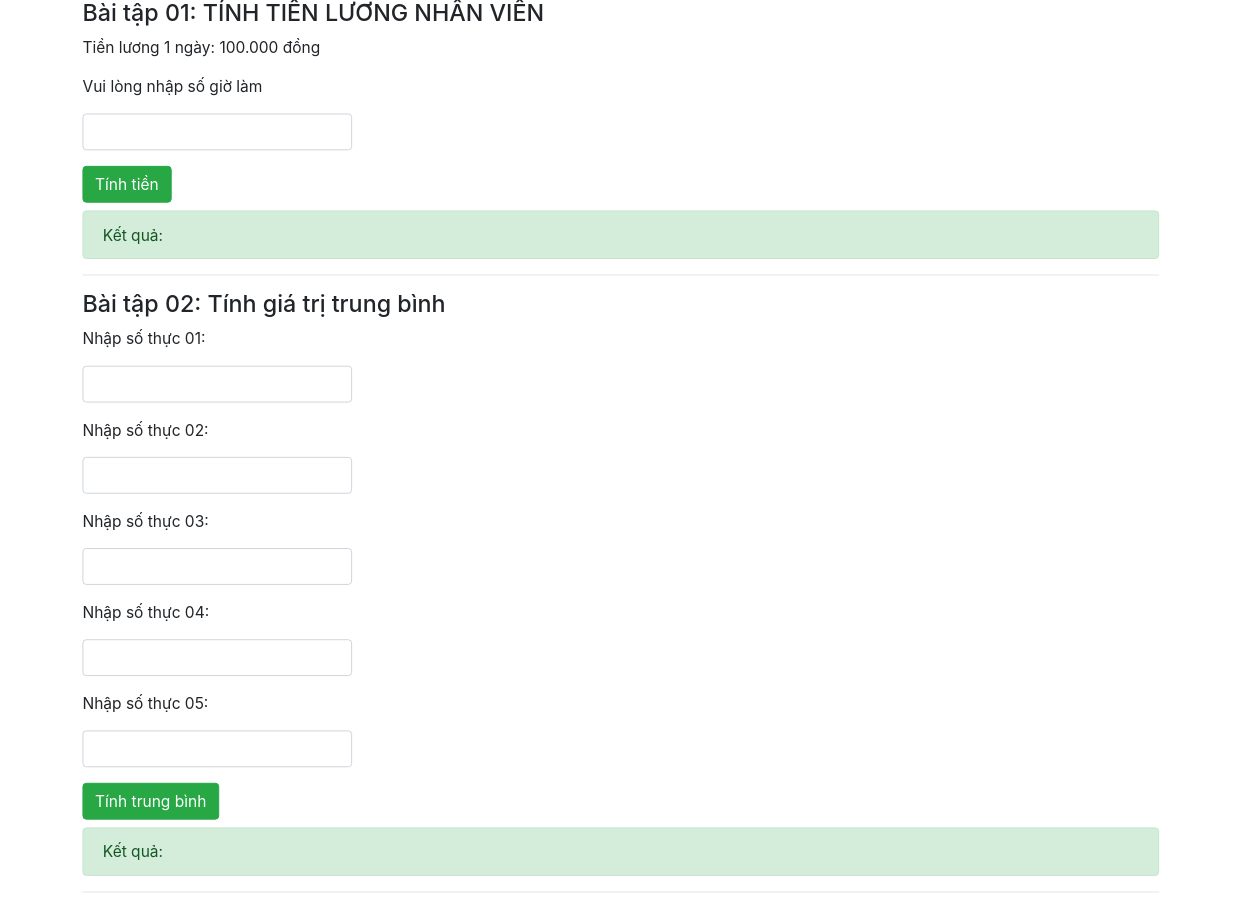
Repository: ducdatit2002/javascript-tinh-day13
Page: index.html
The author's editor kept a copy of each file at every save. The page is drawn from the files as they stood at one save, then again after a run of saves.
The browser window is 1280 px wide. The pictures show the whole page, at 97% of full size.

Above is the page before, as saved 2023-08-14 00:22:09.

### index.html
<!DOCTYPE html>
<html lang="en">
  <head>
    <title>Bài tập JS Buổi 13</title>
    <!-- Required meta tags -->
    <meta charset="utf-8" />
    <meta
      name="viewport"
      content="width=device-width, initial-scale=1, shrink-to-fit=no"
    />

    <!-- Bootstrap CSS -->
    <link
      rel="stylesheet"
      href="https://stackpath.bootstrapcdn.com/bootstrap/4.3.1/css/bootstrap.min.css"
      integrity="sha384-ggOyR0iXCbMQv3Xipma34MD+dH/1fQ784/j6cY/iJTQUOhcWr7x9JvoRxT2MZw1T"
      crossorigin="anonymous"
    />
  </head>
  <body>
    <div class="container">
      <!-- Bài 1: TÍNH TIỀN LƯƠNG NHÂN VIÊN -->
      <div class="form-group">
        <h4>Bài tập 01: TÍNH TIỀN LƯƠNG NHÂN VIÊN</h4>
        <div class="form-group">
          <p>Tiền lương 1 ngày: 100.000 đồng</p>
        </div>
        <div class="form-group">
          <p>Vui lòng nhập số giờ làm</p>
          <input id="soGioLam" class="form-control w-25" />
        </div>
        <button
          onclick="tinhTongLuong()"
          id="btnTinhTien"
          class="btn btn-success"
        >
          Tính tiền
        </button>
        <div class="mt-2 alert alert-success">
          Kết quả: <span id="tongLuong"></span>
        </div>
      </div>
      <hr />
      <!-- Bài 2: TÍNH GIÁ TRỊ TRUNG BÌNH -->
      <div class="form-group">
        <h4>Bài tập 02: Tính giá trị trung bình</h4>
        <div class="form-group">
          <p>Nhập số thực 01:</p>
          <input id="sothuc01" class="form-control w-25" />
        </div>
        <div class="form-group">
          <p>Nhập số thực 02:</p>
          <input id="sothuc02" class="form-control w-25" />
        </div>
        <div class="form-group">
          <p>Nhập số thực 03:</p>
          <input id="sothuc03" class="form-control w-25" />
        </div>
        <div class="form-group">
          <p>Nhập số thực 04:</p>
          <input id="sothuc04" class="form-control w-25" />
        </div>
        <div class="form-group">
          <p>Nhập số thực 05:</p>
          <input id="sothuc05" class="form-control w-25" />
        </div>
        <button
          onclick="tinhTrungBinh()"
          id="btnTrungBinh"
          class="btn btn-success"
        >
          Tính trung bình
        </button>
        <div class="mt-2 alert alert-success">
          Kết quả: <span id="trungBinh"></span>
        </div>
      </div>
      <hr>
      <!-- Bài 3: QUY ĐỔI TIỀN -->
      <div class="form-group">
        <h4></h4>
        <div class="form-group">

        </div>
      </div>
    </div>

    <!-- Optional JavaScript -->
    <!-- jQuery first, then Popper.js, then Bootstrap JS -->
    <script
      src="https://code.jquery.com/jquery-3.3.1.slim.min.js"
      integrity="sha384-q8i/X+965DzO0rT7abK41JStQIAqVgRVzpbzo5smXKp4YfRvH+8abtTE1Pi6jizo"
      crossorigin="anonymous"
    ></script>
    <script
      src="https://cdnjs.cloudflare.com/ajax/libs/popper.js/1.14.7/umd/popper.min.js"
      integrity="sha384-UO2eT0CpHqdSJQ6hJty5KVphtPhzWj9WO1clHTMGa3JDZwrnQq4sF86dIHNDz0W1"
      crossorigin="anonymous"
    ></script>
    <script
      src="https://stackpath.bootstrapcdn.com/bootstrap/4.3.1/js/bootstrap.min.js"
      integrity="sha384-JjSmVgyd0p3pXB1rRibZUAYoIIy6OrQ6VrjIEaFf/nJGzIxFDsf4x0xIM+B07jRM"
      crossorigin="anonymous"
    ></script>
    <script src="./index.js"></script>
  </body>
</html>

### index.js
// BÀI 1: TÍNH TIỀN LƯƠNG NHÂN VIÊN
function tinhTongLuong() {
  //input: tienluong1h, so gio lam:number
  var tienLuong = 100000;
  var soGioLam = document.getElementById("soGioLam").value;
  //Kiểm tra input
  // console.log(tienLuong);
  // console.log(soGioLam);

  let tongLuong = 0;

  //progress
  tongLuong = tienLuong * soGioLam;

  document.getElementById("tongLuong").innerHTML = tongLuong.toLocaleString();
}

// BÀI 2: TÍNH TRUNG BÌNH 5 SỐ THỰC
function tinhTrungBinh() {
  // Lấy giá trị của 5 số từ các phần tử input
  var sothuc01 = parseFloat(document.getElementById("sothuc01").value);
  var sothuc02 = parseFloat(document.getElementById("sothuc02").value);
  var sothuc03 = parseFloat(document.getElementById("sothuc03").value);
  var sothuc04 = parseFloat(document.getElementById("sothuc04").value);
  var sothuc05 = parseFloat(document.getElementById("sothuc05").value);

  // Tính giá trị trung bình
  var trungBinh = (sothuc01 + sothuc02 + sothuc03 + sothuc04 + sothuc05) / 5;

  // Hiển thị kết quả trung bình
  document.getElementById("trungBinh").innerHTML = trungBinh.toLocaleString();
}

After the next 2 saves:
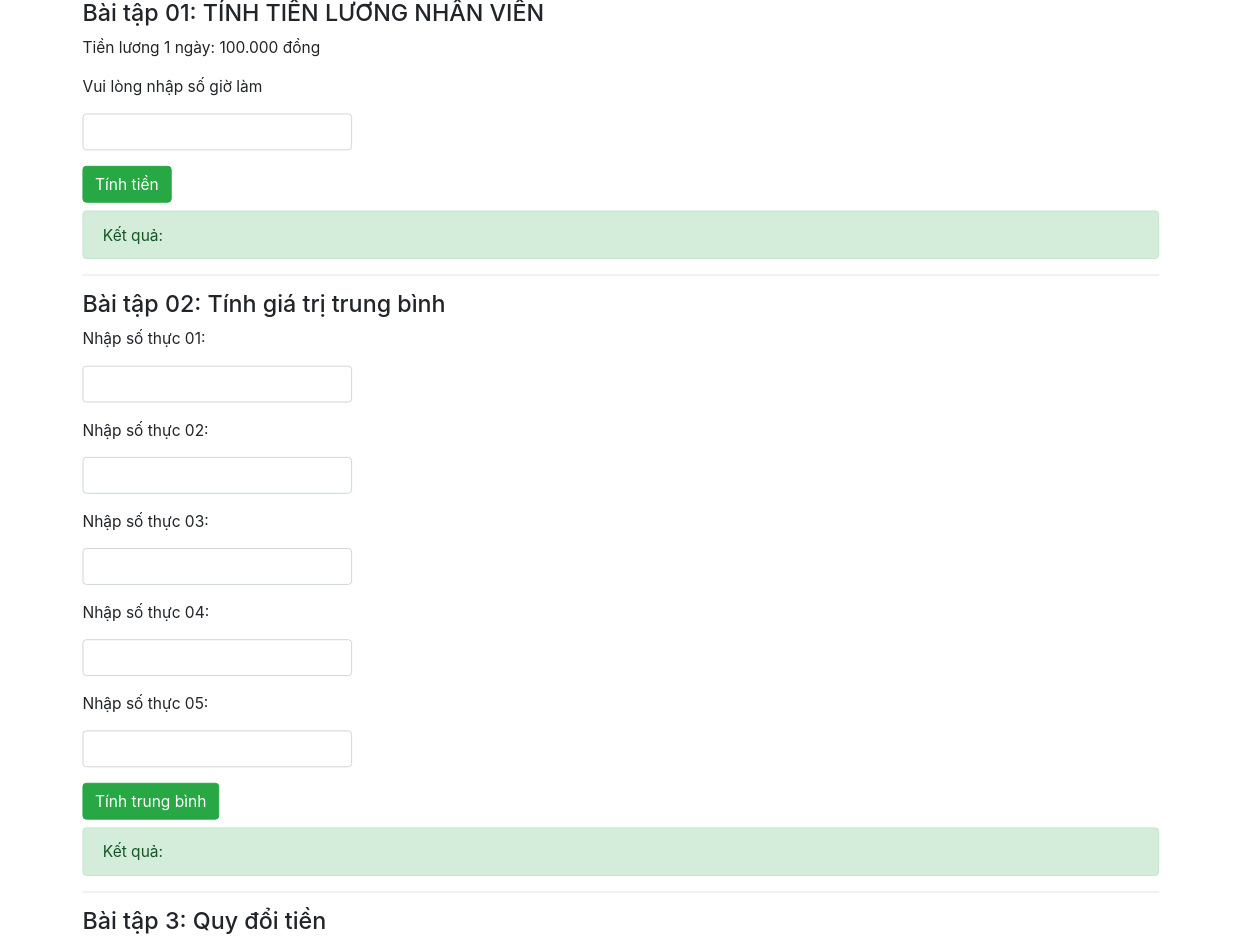
The 2 saves are shown as one change because they came seconds apart.
The last was saved 9 s later.
--- a/index.html
+++ b/index.html
@@ -78,7 +78,7 @@
       <hr>
       <!-- Bài 3: QUY ĐỔI TIỀN -->
       <div class="form-group">
-        <h4></h4>
+        <h4>Bài tập 3: Quy đổi tiền</h4>
         <div class="form-group">
 
         </div>
